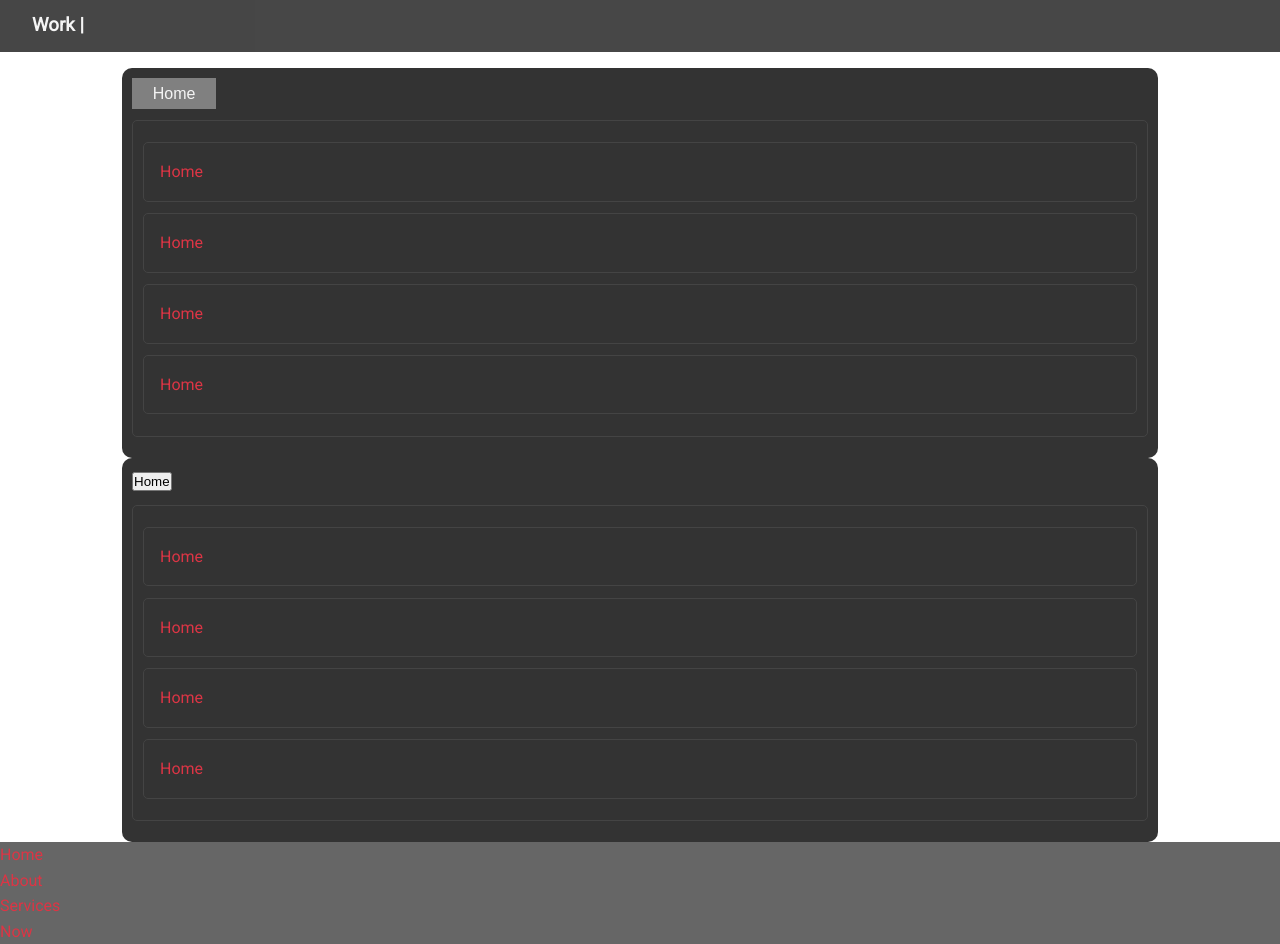
Repository: mxhdiqaim/lenviteck
Page: dist/index.html
An editor plug-in stored every save of this project. The page is shown before and after the next save, followed by the edit.
The browser window is 1280 px wide. The pictures show the whole page.
Some web libraries are served in a nearby version. The style sheet was rebuilt from its Sass, Less or Tailwind sources for each picture, by a compiler version that may differ from the author's.

Above is the page before, as saved 2021-04-14 05:04:57.

After the next save:
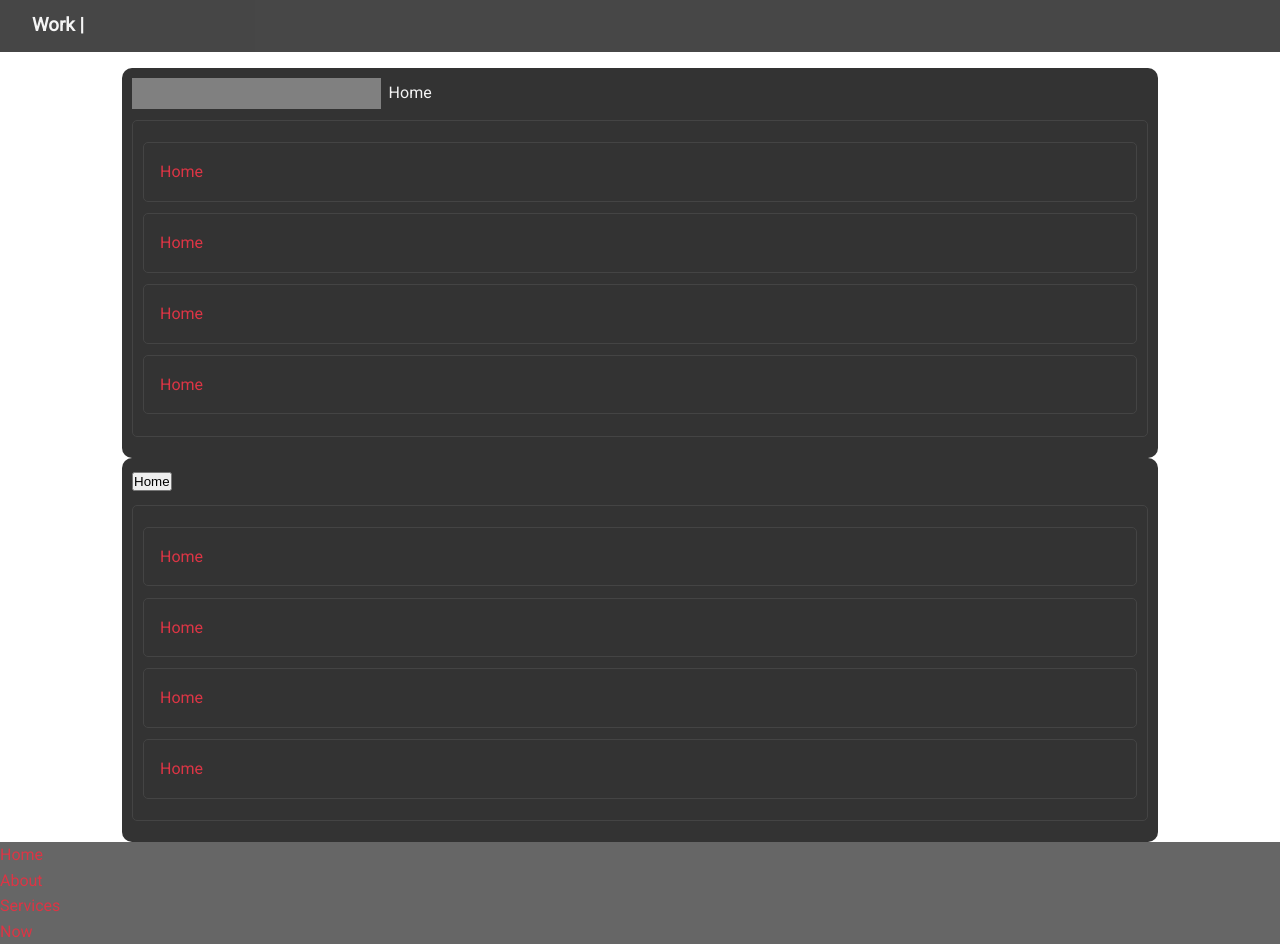
Saved 24 s later.
--- a/dist/index.html
+++ b/dist/index.html
@@ -21,7 +21,7 @@
 
     <section class="container">
        <div class="works-list">
-           <button class="btn btn-dark">Home</button>
+           <input class="btn btn-dark">Home</input>
            <ul class="card">
                <li class="card"><a href="#">Home</a></li>
                <li class="card"><a href="#">Home</a></li>

After the save that followed:
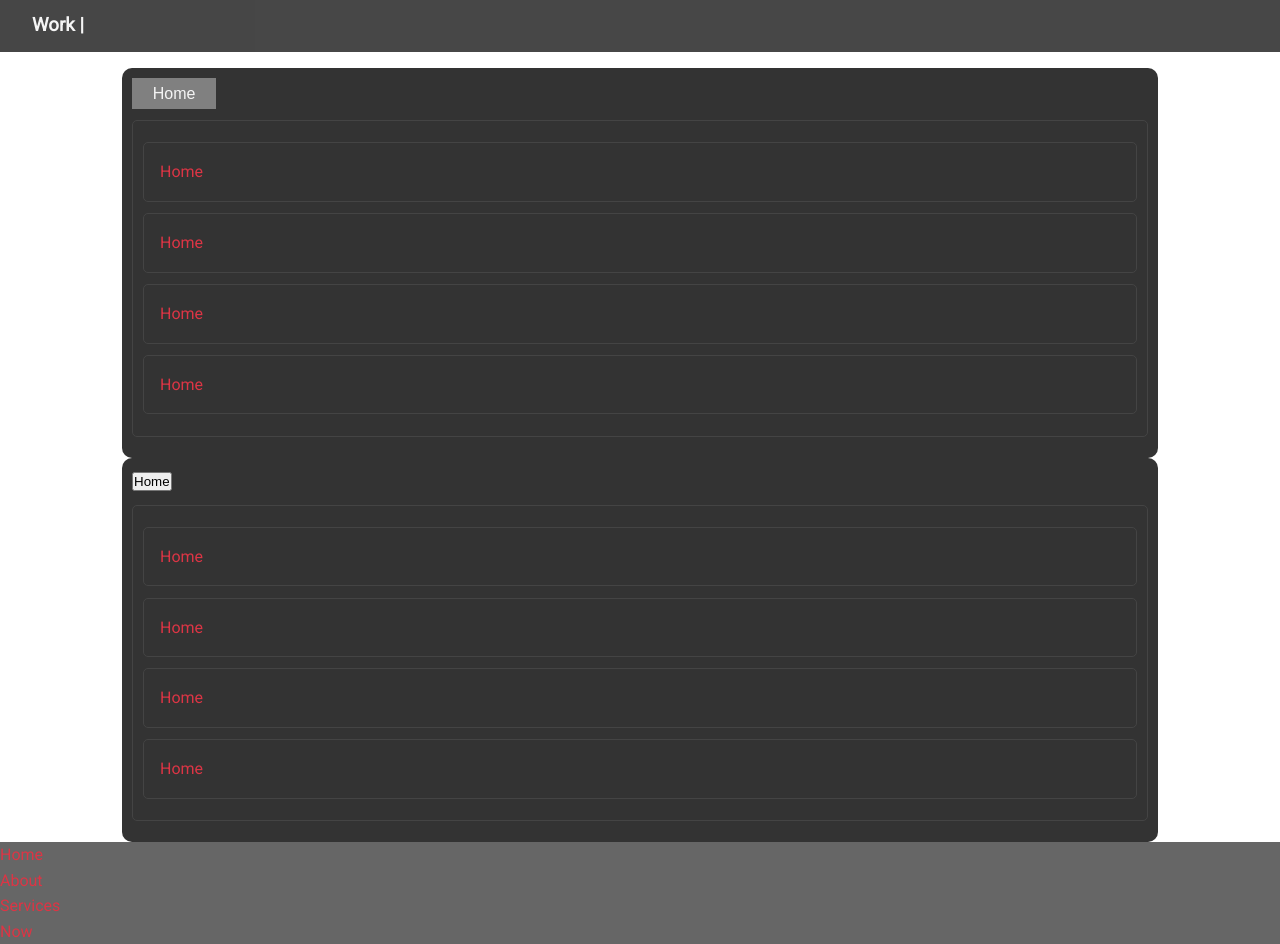
Saved 35 s later.
--- a/dist/index.html
+++ b/dist/index.html
@@ -21,7 +21,7 @@
 
     <section class="container">
        <div class="works-list">
-           <input class="btn btn-dark">Home</input>
+           <input class="btn btn-dark" type="button" value="Home" />
            <ul class="card">
                <li class="card"><a href="#">Home</a></li>
                <li class="card"><a href="#">Home</a></li>
